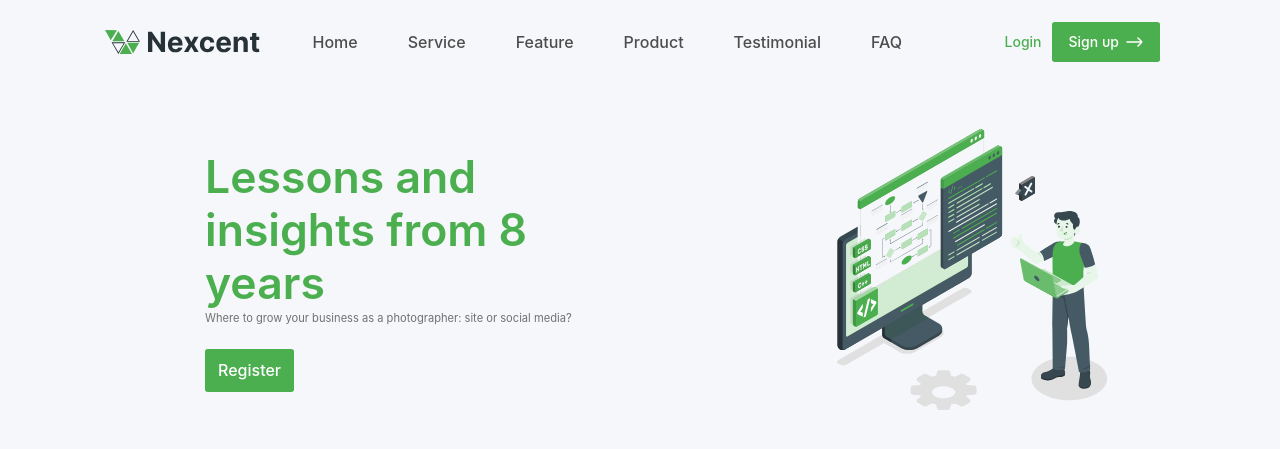
Repository: kubrazamanova/Folder4
Page: homePage/index.html
An editor plug-in stored every save of this project. The page is shown before and after the next save, followed by the edit.
The browser window is 1280 px wide. The pictures show the whole page.

Above is the page before, as saved 2023-11-11 11:47:18.

After the next save:
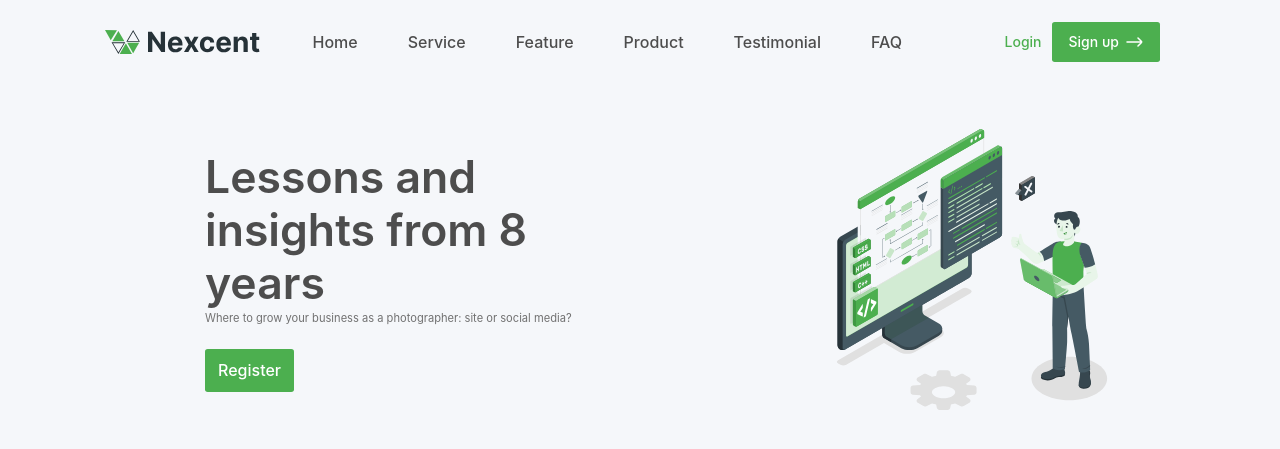
Saved 35 s later.
--- a/homePage/index.css
+++ b/homePage/index.css
@@ -97,7 +97,6 @@ text-decoration: none;
   font-style: normal;
   font-weight: 600;
   line-height: 52.901px;
-  color: var(--brand-primary, #4caf4f);
   font-family: Inter;
   font-size: 44.548px;
   font-style: normal;
